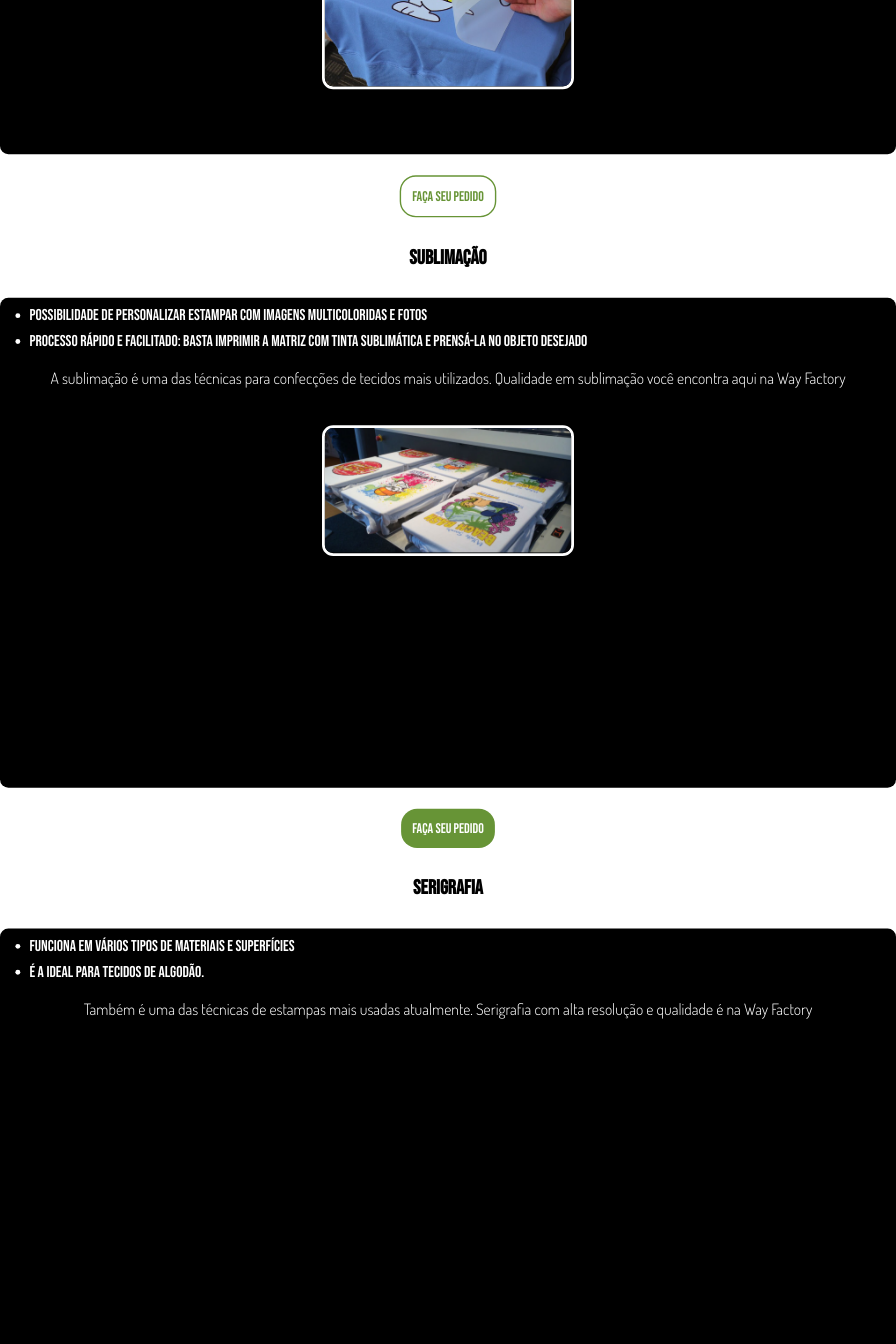
Repository: Leonngc/way-factory
Page: index.html
These files come from the project's save history. The page is drawn as it stood at one moment and after the next save; the edit follows.
The browser window is 1280 px wide. The pictures show the part of the page from y = 1169 to 3089 px (the page is 3829 px tall before and 3825 px after), at 70% of full size.
The first visible `.container-services > button` is being pressed.
Some icons come from a web library that is not loaded, so they are not drawn.

Above is the page before, as saved 2023-02-08 22:48:48.

### index.html
<!DOCTYPE html>
<html lang="pt-br">
  <head>
    <meta charset="UTF-8" />
    <meta http-equiv="X-UA-Compatible" content="IE=edge" />
    <meta name="viewport" content="width=device-width, initial-scale=1.0" />
    <link rel="shortcut icon" href="favicon.ico" type="image/x-icon" />
    <link
      rel="stylesheet"
      href="https://cdn-uicons.flaticon.com/uicons-bold-rounded/css/uicons-bold-rounded.css"
    />
    <link rel="stylesheet" href="styles/index.css">
    <title>Way Factory</title>
  </head>
  <body>
    <header>
      <img src="" alt="" id="logo" />
      <menu>
        <button id="menu-burguer"><i class="fi fi-br-menu-burger" ></i></button>
        <ul id="links-menu">
          <li><a href="about.html">Sobre</a></li>
          <li><a href="order.html">Como fazer seu pedido</a></li>
          <li><a href="contacts.html">Contatos</a></li>
        </ul>
      </menu>
    </header>

    <main>
      <div class="container-slogan">
        <div class="slogans">
          <h2>CONFIABILIDADE</h2>
          <p>
            Trabalhamos lado-a-lado com você, cumprindo nossos serviços com
            agilidade, qualidade e paixão pelo o que fazemos
          </p>
        </div>

        <div class="slogans">
          <h2>QUALIDADE</h2>
          <p>
            A Way Factory preza pela alta qualidade da sua personalização
            utilizando as técnicas mais modernas do mercado
          </p>
        </div>

        <div class="slogans">
          <h2>DO SEU JEITO</h2>
          <p>
            Fazemos a personalização exatamente do seu jeito contando com a
            nossa equipe para ajudá-lo na hora do pedido.
          </p>
        </div>
      </div>

      <section>
        <h2>NOSSOS SERVIÇOS</h2>
        <div  class="container-services">
          <h3>ESTAMPAS EM DTF</h3>
          <div>
            <ul>
              <li>DURABILIDADE</li>
              <li>É POSSÍVEL ESTAMPAR NOS MAIS DIVERSOS TECIDOS</li>
              <li>ACABAMENTO MACIO</li>
            </ul>

            <p>
              Todas essas são as principais características de estampas no tipo
              DTF. A Way Factory tem as melhores máquinas para entregar um
              produto de qualidade e beleza
              <div class="container-img"><img src="images/dtf.png" alt="Imagem de uma estampa em DTF" /></div>
            </p>
          </div>
         <button>Faça seu pedido</button>
        </div>

        <div class="container-services">
          <h3>SUBLIMAÇÃO</h3>
          <div>
            <ul>
              <li>
                Possibilidade de personalizar estampar com imagens
                multicoloridas e fotos
              </li>
              <li>
                Processo rápido e facilitado: basta imprimir a matriz com tinta
                sublimática e prensá-la no objeto desejado
              </li>
            </ul>
            <p>
              A sublimação é uma das técnicas para confecções de tecidos mais
              utilizados. Qualidade em sublimação você encontra aqui na Way
              Factory
              <div class="container-img"><img src="images/sublimacao.png" alt="Imagem de uma estampa em sublimação" /></div>
            </p>
          </div>
          <button>Faça seu pedido</button>
        </div>



        <div class="container-services">
            <h3>SERIGRAFIA</h3>
            <div>
                <ul>
                    <li>Funciona em vários tipos de materiais e superfícies</li>
                    <li>é a ideal para tecidos de algodão.</li>
                </ul>
                <p>Também é uma das técnicas de estampas mais usadas atualmente. Serigrafia com alta resolução e qualidade é na Way Factory</p>  <img src="" alt=""/>
            </div>

          <button>Faça seu pedido</button>
        </div>

      </section>
    </main>
        <div>
            <img src="images/180_camiseta_de_algodao_preta_p_m_g_gg_931_1_91c3eb3d1cbb91f6ca1f162f1c7263c0.png" alt="">
        </div>
    <footer>
      <ul>
        <li>Endereço</li>
        <li>Telefone</li>
        <li>Instagram</li>
      </ul>
    </footer>
  </body>
</html>

### styles/index.css
@charset "UTF-8";

@import url('https://fonts.googleapis.com/css2?family=Bebas+Neue&display=swap');
@import url('https://fonts.googleapis.com/css2?family=Dosis:wght@300&display=swap');

:root{
    --bebas-neue: 'Bebas Neue', cursive;
    --dosis:'Dosis', sans-serif;
}

*{
    margin: 0px;
    padding: 0px;
    box-sizing: border-box;
}

header{
    background-color: black;
    height: 20vh;
    max-width: 100vw;
    width: 100vw;
    margin-bottom: 25px;
}
#menu-burguer{
    background-color: rgba(245, 245, 220, 0);
    color: white;
    font-size: 30px;
    padding: 9px;
}
#links-menu{
    background-color: white;
    max-width: 100vw;
    width: 100vw;
    display: none;
}
menu > ul > li > a{
    color: rgb(3, 3, 3);
    font-family: var(--bebas-neue);
    font-size: 18px;
    margin-left: 20px;
}

menu > ul > li{
    list-style: circle;
    padding: 6px;
}
.container-slogan{
    margin: 40px;
}
.slogans{
    text-align: center;
    font-family: var(--bebas-neue);
    margin-top: 25px;
}

.slogans > h2{
    font-size: 1.8em;
}

.slogans > p{
    font-size: 1.6em;
    font-family: var(--dosis);
}

section{
    text-align: center;
    margin-top: 100px;
}

section > h2{
    font-family: var(--bebas-neue);
    padding: 20px;
    font-size: 2em;
    text-decoration: underline;
}


.container-services > h3{
    font-family: var(--bebas-neue);
    font-size: 1.8em;
}

.container-services > div{
    margin-top: 40px;
    background-color: black;
    color: white;
    height: 700px;
    padding: 12px;
    border-radius: 12px;
}

.container-services > div > ul > li{
    text-align: left;
    margin-left: 30px;
    margin-bottom: 10px;
    font-size: 1.4em;
    font-family: var(--bebas-neue);
}

.container-services > div > p{
    font-family: var(--dosis);
    font-size: 1.4em;
    padding: 14px;
    margin-bottom: 40px;
}

.container-img > img{
    border: 4px solid white;
    border-radius: 16px;
    width: 360px;
}

.container-services > button{
    margin-top: 30px;
    margin-bottom: 40px;
    background-color: #679436;
    padding: 16px;
    border: none;
    color: white;
    font-family: var(--bebas-neue);
    font-size: 20px;
    border-radius: 23px;
}

.container-services > button:hover{
    background-color: white;
    color: #679436;
    border: solid 2px #679436;
}

.container-services > button:active{
    padding: ;
}

After the next save:
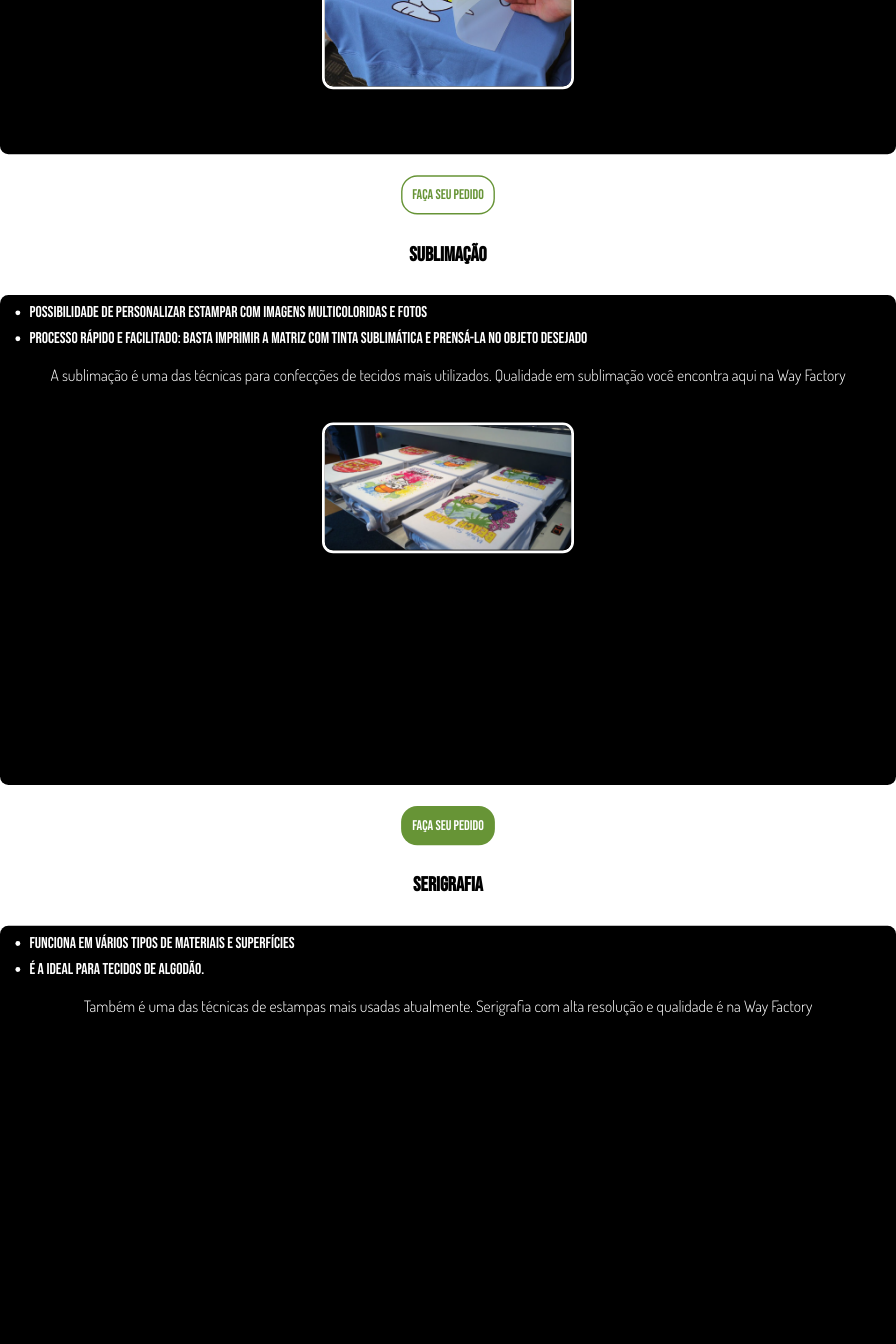
Saved 5 s later.
--- a/styles/index.css
+++ b/styles/index.css
@@ -129,5 +129,6 @@
 }
 
 .container-services > button:active{
-    padding: ;
+    padding: 14px;
+    font-size: ;
 }
